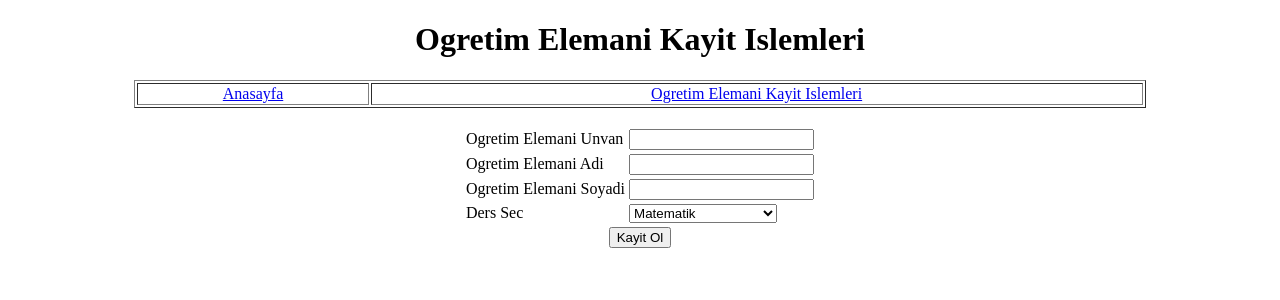
Repository: Egemen-ve-Burakhan-internet-final/final
Page: http://localhost/ogretim/ogretmen_kayit.jsp
The author's editor kept a copy of each file at every save. The page is drawn from the files as they stood at one save, then again after the next save.
The browser window is 1280 px wide. The pictures show the whole page.
The page is served by Tomcat 9.

Above is the page before, as saved 2020-05-25 14:58:32.

After the next save:
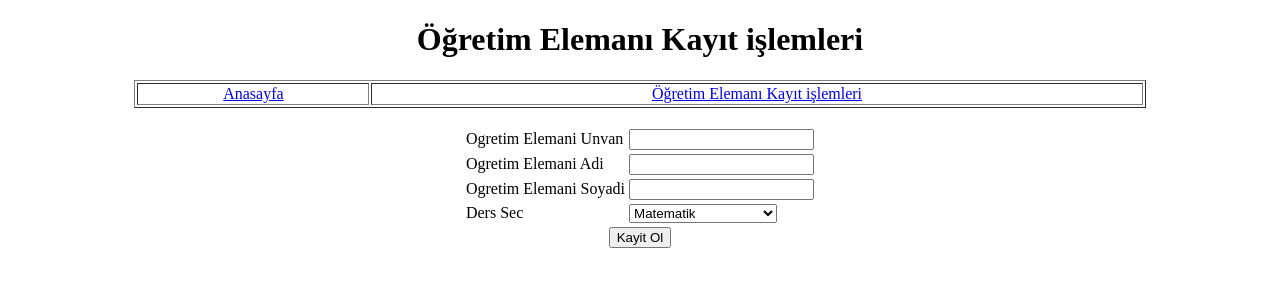
Saved 19 s later.
--- a/okul/ogretim/WebContent/ogretmen_kayit.jsp
+++ b/okul/ogretim/WebContent/ogretmen_kayit.jsp
@@ -1,5 +1,5 @@
-<%@ page language="java" contentType="text/html; charset=ISO-8859-1"
-    pageEncoding="ISO-8859-1"%>
+<%@ page language="java" contentType="text/html; charset=UTF-8"
+    pageEncoding="UTF-8"%>
 <!DOCTYPE html>
 <html>
 <head>
@@ -7,58 +7,65 @@
 <title>Ogretmen Kayit Sayfasi</title>
 </head>
 <body>
+
 	<div>
+
+	    <!-- başlık  -->
 		<div>
-			<h1 style="text-align:center">Ogretim Elemani Kayit Islemleri</h1>
+			<h1 style="text-align:center">Öğretim Elemanı Kayıt işlemleri</h1>
 		</div>
+
+		<!-- menü  -->
 		<div>
 			<table border=1px; width="80%" align= center>
 				<tr>
 					<td style="text-align:center"><a href="index.jsp">Anasayfa               </a></td>
-					<td style="text-align:center"><a href="ogretmen_kayit.jsp">Ogretim Elemani Kayit Islemleri</a></td>
+					<td style="text-align:center"><a href="ogretmen_kayit.jsp">Öğretim Elemanı Kayıt işlemleri</a></td>
 				</tr>
 			</table>
 		</div><br>
 
+		 <!-- form kodları  -->
 		<div>
-			<form>
-				<table  align= center>
+			<form name="forum" action="Servlet" method="post">
+				<table align= center>
+
 					<tr>
 						<td><label>Ogretim Elemani Unvan</label></td>
-						<td><input type="text" name="unvan"></td>
+						<td><input type="text" name="unvan" id="unvan"></td>
 					</tr>
 
 					<tr>
 						<td><label>Ogretim Elemani Adi</label></td>
-						<td><input type="text" name="adi"></td>
+						<td><input type="text" name="ad" id="ad"></td>
 					</tr>
 
 					<tr>
 						<td><label>Ogretim Elemani Soyadi</label></td>
-						<td><input type="text" name="soyadi"></td>
+						<td><input type="text" name="soyad" id="soyad"></td>
 					</tr>
 
 					<tr>
 						<td><label>Ders Sec</label></td>
 						<td>
 							<select name="ders" id="ders">
-							    <option value="matematik">Matematik</option>
-							    <option value="turkce">Turkce</option>
-							    <option value="ingilizce">Ingilizce</option>
-							    <option value="tarih">Tarih</option>
-							    <option value="felsefe">Felsefe</option>
-							    <option value="biyoloji">Biyoloji</option>
-							    <option value="fizik">Fizik</option>
-							    <option value="kimya">Kimya</option>
-							    <option value="internet_programciligi">Internet Programciligi</option>
-							    <option value="muzik">Muzik</option>
-							    <option value="beden_egitimi">Beden Egitimi</option>
-							    <option value="din_kulturu">Din Kulturu</option>
+							    <option value="1">Matematik</option>
+							    <option value="2">Turkce</option>
+							    <option value="3">Ingilizce</option>
+							    <option value="4">Tarih</option>
+							    <option value="5">Felsefe</option>
+							    <option value="6">Biyoloji</option>
+							    <option value="7">Fizik</option>
+							    <option value="8">Kimya</option>
+							    <option value="9">Internet Programciligi</option>
+							    <option value="10">Muzik</option>
+							    <option value="11">Beden Egitimi</option>
+							    <option value="12">Din Kulturu</option>
 			 			 	</select>
 			 			</td>
 					</tr>
 					<tr>
-						<td colspan="2" align=center><input type="button" name="buton" value="Kayit Ol"></td>
+						<td colspan="2" align=center><input type="submit" id="gonder" name="gonder" value="Kayit Ol"></td>
 					</tr>
 				</table>
 			</form>
